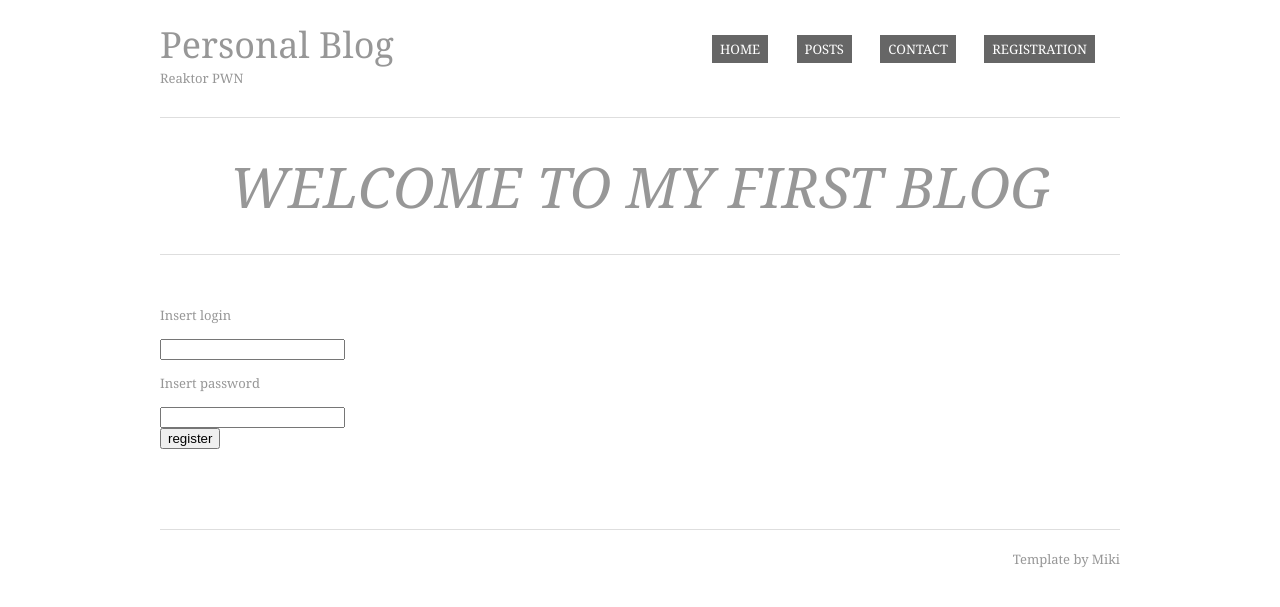
Repository: AnnaPolatynska/SpringCwiczenia
Page: http://localhost/loginForm
These files come from the project's save history. The page is drawn as it stood at one moment and after the next save; the edit follows.
The browser window is 1280 px wide. The pictures show the whole page.
The page is this project's Thymeleaf template; nobody is signed in. The template is opened directly, without the code that normally fills it, so the values that code supplies are empty.

Above is the page before, as saved 2017-08-30 10:58:53.

### D-MVC-JAR/src/main/resources/templates/loginForm.html
 <!DOCTYPE html>
<html lang="en" dir="ltr" xmlns:th="http://www.thymeleaf.org">
<head>
<title>Save Register</title>
<meta charset="iso-8859-1" />
<link rel="stylesheet" href="layout.css" type="text/css" />
</head>
<body>
<div class="wrapper row1">
  <header id="header" class="clear">
    <div id="hgroup">
      <h1><a href="#">Personal Blog</a></h1>
      <h2>Reaktor PWN</h2>
    </div>
    <nav>
      <ul>
        <li><a href="#">Home</a></li>
        <li><a href="/blog">Posts</a></li>
        <li><a href="/contact">Contact</a></li>
        <li><a href="/registration">Registration</a></li>
      </ul>
    </nav>
  </header>
</div>
<!-- content -->
<div class="wrapper row2">
  <div id="container" class="clear">
    <!-- content body -->
    <section id="shout">
      <h1>Welcome to my first Blog</h1>
    </section>
    <!-- main content -->
    <section id="services" class="clear">
      <!-- article 1 -->
 		<form th:action="@{/saveRegister}" method="post" th:object="${reg}">
			<p> Insert login </p>
			<input type="text" th:field="*{login}" /> <br/>
			<p> Insert password </p>
			<input type="text" th:field="*{passwd}"/> <br/>

			<input type="submit" value="register"/>
		</form>

    </section>
    <!-- / content body -->
  </div>
</div>
<!-- footer -->
<div class="wrapper row3">
  <footer id="footer" class="clear">
    <p class="fl_right">Template by Miki</p>
  </footer>
</div>
</body>
</html>

### D-MVC-JAR/src/main/resources/static/layout.css
html{overflow-y:scroll;} /* Forces a scrollbar when the viewport is larger than the websites content - CSS3 */

body{margin:0; padding:0; font-size:13px; font-family:Georgia, "Times New Roman", Times, serif; color:#979797; background-color:#FFFFFF;}

.clear:after{content:"."; display:block; height:0; clear:both; visibility:hidden; line-height:0;}
.clear{display:block; clear:both;}
html[xmlns] .clear{display:block;}
* html .clear{height:1%;}

a{outline:none; text-decoration:none;}

code{font-weight:normal; font-style:normal; font-family:Georgia, "Times New Roman", Times, serif;}

.fl_left{float:left;}
.fl_right{float:right;}

img{margin:0; padding:0; border:none; line-height:normal; vertical-align:middle;}
.imgholder, .imgl, .imgr{padding:4px; border:1px solid #D6D6D6; text-align:center;}
.imgl{float:left; margin:0 15px 15px 0; clear:left;}
.imgr{float:right; margin:0 0 15px 15px; clear:right;}

/*----------------------------------------------HTML 5 Overrides-------------------------------------*/

address, article, aside, figcaption, figure, footer, header, nav, section{display:block; margin:0; padding:0;}

q{display:block; padding:0 10px 8px 10px; color:#979797; background-color:#ECECEC; font-style:italic; line-height:normal;}
q:before{content:'� '; font-size:26px;}
q:after{content:' �'; font-size:26px; line-height:0;}

/* ----------------------------------------------Wrapper-------------------------------------*/

div.wrapper{display:block; width:960px; margin:0 auto; padding:0; text-align:left;}

.row1, .row1 a{color:#979797; background-color:#FFFFFF;}
.row2{color:#979797; background-color:#FFFFFF;}
.row2 a{color:#FF9900; background-color:#FFFFFF;}
.row3{border-top:1px solid #DEDEDE;}
.row3, .row3 a{color:#979797; background-color:#FFFFFF;}

/*----------------------------------------------Generalise-------------------------------------*/

#header, #container, #footer{display:block; width:960px;}

nav ul{margin:0; padding:0; list-style:none;}

h1, h2, h3, h4, h5, h6{margin:0; padding:0; font-size:16px; font-weight:bold; font-style:normal; line-height:normal; text-transform:uppercase;}

address{font-style:normal;}

blockquote, q{display:block; padding:8px 10px; color:#979797; background-color:#ECECEC; font-style:italic; line-height:normal;}
blockquote:before, q:before{content:'� '; font-size:26px;}
blockquote:after, q:after{content:' �'; font-size:26px; line-height:0;}

.one_third, .two_third, .three_third{display:block; float:left; margin:0 30px 0 0;}
.one_third{width:300px;}
.two_third{width:630px;}
.three_third{width:960px; float:none; margin-right:0; clear:both;}
.lastbox{margin-right:0;}

/*----------------------------------------------Header-------------------------------------*/

#header{}

#header #hgroup{padding:20px 0 0 0; float:left;}
#header #hgroup h1, #header #hgroup h2{font-weight:normal; text-transform:none;}
#header #hgroup h1{font-size:36px;}
#header #hgroup h2{font-size:13px;}

#header nav{display:block; float:right; margin:20px 0 0 0; padding:20px 0;}
#header nav ul{}
#header nav li{display:inline; margin-right:25px; text-transform:uppercase;}
#header nav li.last{margin-right:0;}
#header nav li a{padding:5px 8px; color:#FFFFFF; background-color:#666666;}
#header nav li a:hover{color:#FF9900; background-color:#FFFFFF;}

/*----------------------------------------------Content Area-------------------------------------*/

#container{padding:30px 0;}
#container section{display:block; width:100%; margin:0 0 30px 0; padding:0;}
#container .last{margin:0;}
#container .more{text-align:right;}

/* ------Shout-----*/

#container #shout{margin-bottom:50px; padding:30px 0; border-top:1px solid #DEDEDE; border-bottom:1px solid #DEDEDE;}
#container #shout h1{font-size:56px; font-weight:normal; font-style:italic; text-transform:uppercase; text-align:center;}
#container #shout p{font-size:16px; margin-bottom:0; padding-bottom:0; line-height:1.8em;}

/* ------services-----*/

#container #services{margin-bottom:50px; line-height:1.6em;}
#container #services article{}
#container #services article h2{font-size:14px; margin-bottom:15px;}
#container #services article p{margin:0; padding:0;}
#container #services article img{float:left; width:80px; height:80px; margin:0 10px 10px 0; padding:4px; border:1px solid #DEDEDE;}
#container #services article footer{margin:10px 0 0 0;}

/*----------------------------------------------Footer-------------------------------------*/

#footer{padding:20px 0;}
#footer p{margin:0; padding:0;}

After the next save:
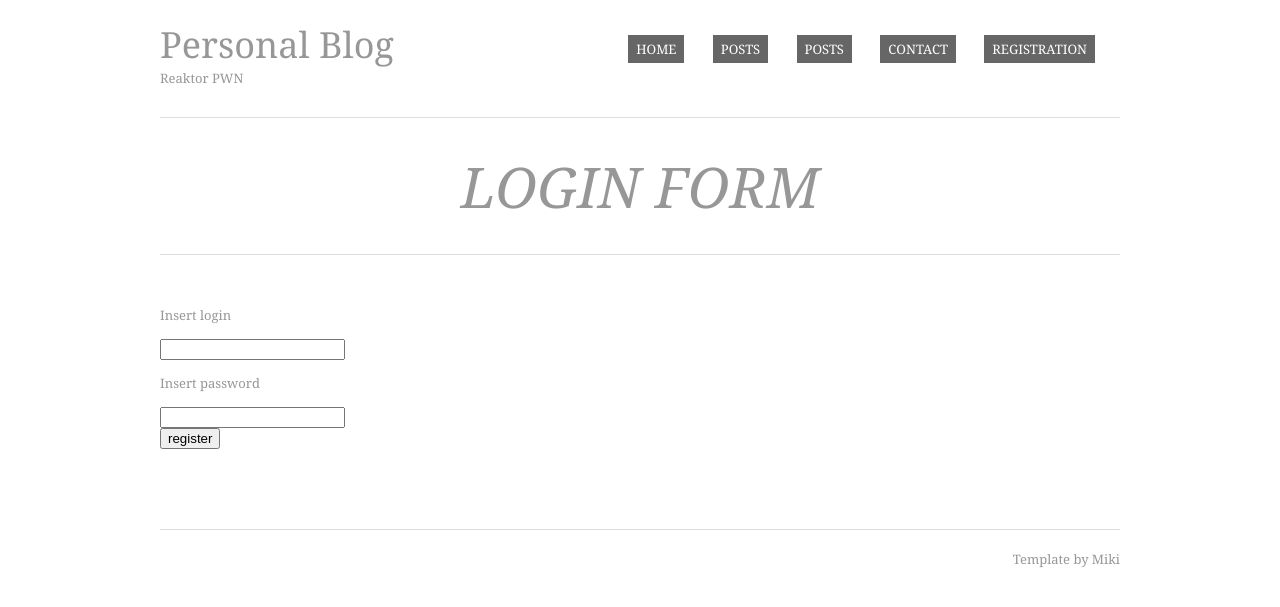
Saved 51 s later.
--- a/D-MVC-JAR/src/main/resources/templates/loginForm.html
+++ b/D-MVC-JAR/src/main/resources/templates/loginForm.html
@@ -1,3 +1,6 @@
+
+
+
  <!DOCTYPE html>
 <html lang="en" dir="ltr" xmlns:th="http://www.thymeleaf.org">
 <head>
@@ -15,9 +18,10 @@
     <nav>
       <ul>
         <li><a href="#">Home</a></li>
+        <li><a href="/loginForm">Posts</a></li>
         <li><a href="/blog">Posts</a></li>
         <li><a href="/contact">Contact</a></li>
-        <li><a href="/registration">Registration</a></li>
+        <li><a href="/regiserForm">Registration</a></li>
       </ul>
     </nav>
   </header>
@@ -27,7 +31,7 @@
   <div id="container" class="clear">
     <!-- content body -->
     <section id="shout">
-      <h1>Welcome to my first Blog</h1>
+      <h1>Login form</h1>
     </section>
     <!-- main content -->
     <section id="services" class="clear">
